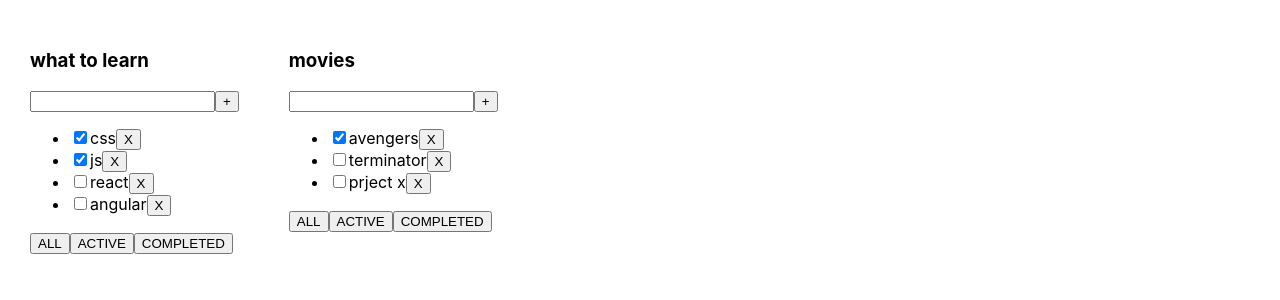
Repository: Grid-Master/myTrello
Page: /
An editor plug-in stored every save of this project. The page is shown before and after the next save, followed by the edit.
The browser window is 1280 px wide. The pictures show the whole page.
The project was rebuilt for these pictures with package versions that can differ from the ones it lists, and the page was loaded fresh each time.

Above is the page before, as saved 2023-01-24 22:00:41.

After the next save:
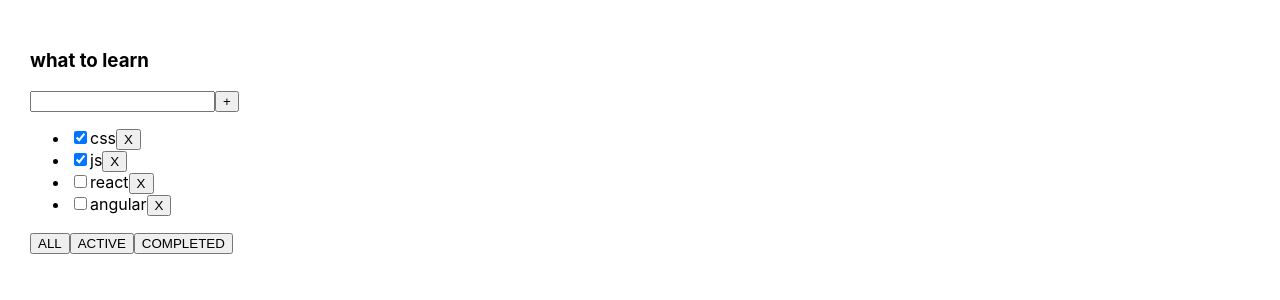
Saved 2 min 23 s later.
--- a/src/App.tsx
+++ b/src/App.tsx
@@ -25,29 +25,28 @@ function App() {
       isDone: false
     },
   ]
-  const tasks2 = [
-    {
-      id: 1,
-      title: 'avengers',
-      isDone: true
-    },
-    {
-      id: 2,
-      title: 'terminator',
-      isDone: false
-    },
-    {
-      id: 3,
-      title: 'prject x',
-      isDone: false
-    },
-  ]
+  // const tasks2 = [
+  //   {
+  //     id: 1,
+  //     title: 'avengers',
+  //     isDone: true
+  //   },
+  //   {
+  //     id: 2,
+  //     title: 'terminator',
+  //     isDone: false
+  //   },
+  //   {
+  //     id: 3,
+  //     title: 'prject x',
+  //     isDone: false
+  //   },
+  // ]
 
   return (
     <div className="App">
       <Todolist title='what to learn' tasks={tasks1} />
-      <Todolist title='movies' tasks={tasks2} />
-
+      {/* <Todolist title='movies' tasks={tasks2} /> */}
     </div>
   );
 }
